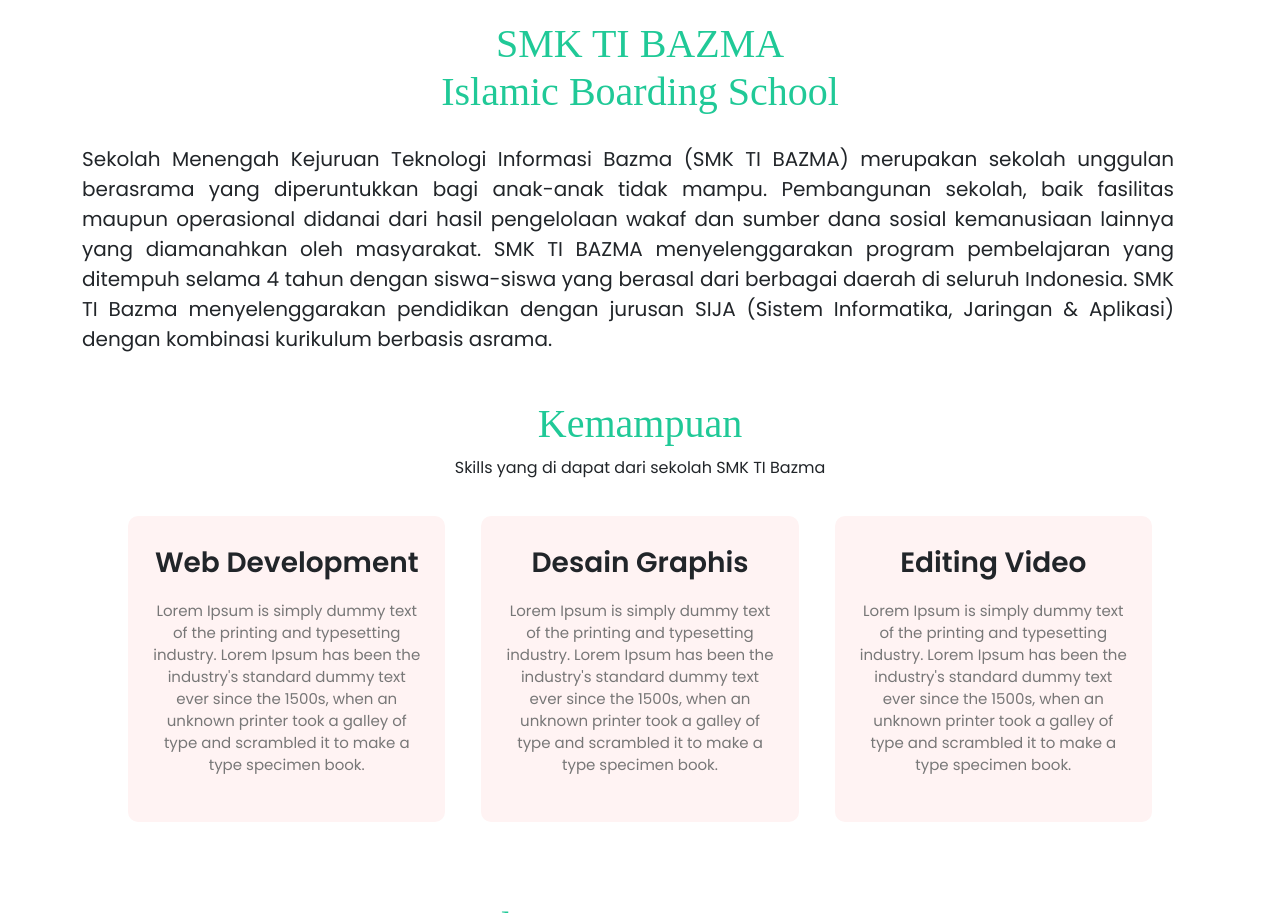
Repository: farhannurrahmat/Landing-Page-School
Page: index.html
These files come from the project's save history. The page is drawn as it stood at one moment and after the next save; the edit follows.
The browser window is 1280 px wide. The pictures show the part of the page from y = 720 to 1633 px (the page is 4204 px tall before and 4138 px after).
A picture or video elsewhere on the page could not be fetched, so the positions and the page height are approximate.

Above is the page before, as saved 2024-01-31 08:46:43.

After the next save:
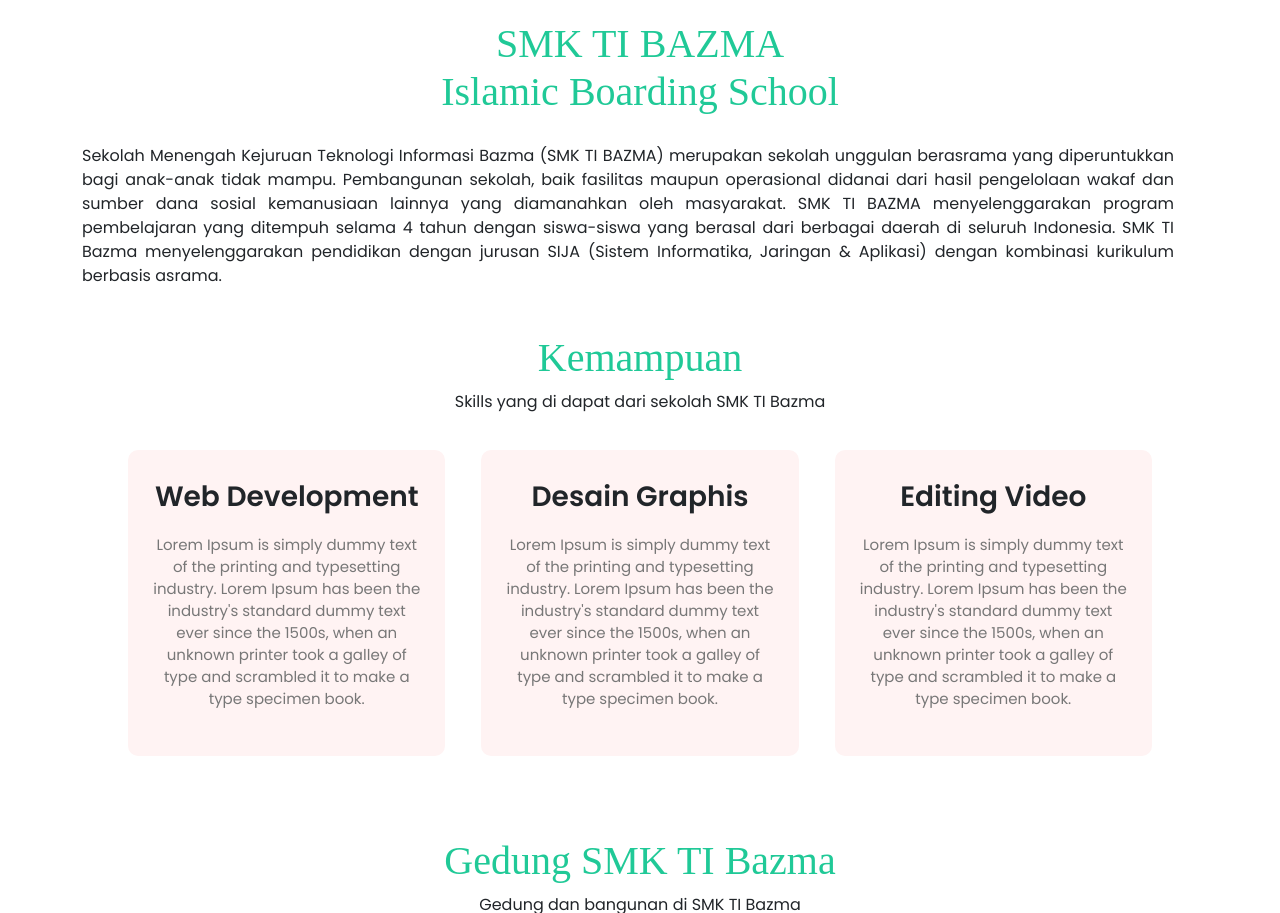
Saved 64 s later.
--- a/css/style.css
+++ b/css/style.css
@@ -125,7 +125,7 @@ h1 {
 
 .col p {
   font-weight: 400;
-  font-size: 20px;
+  font-size: 16px;
 }
 
 /* Responsive Deskripsi */
